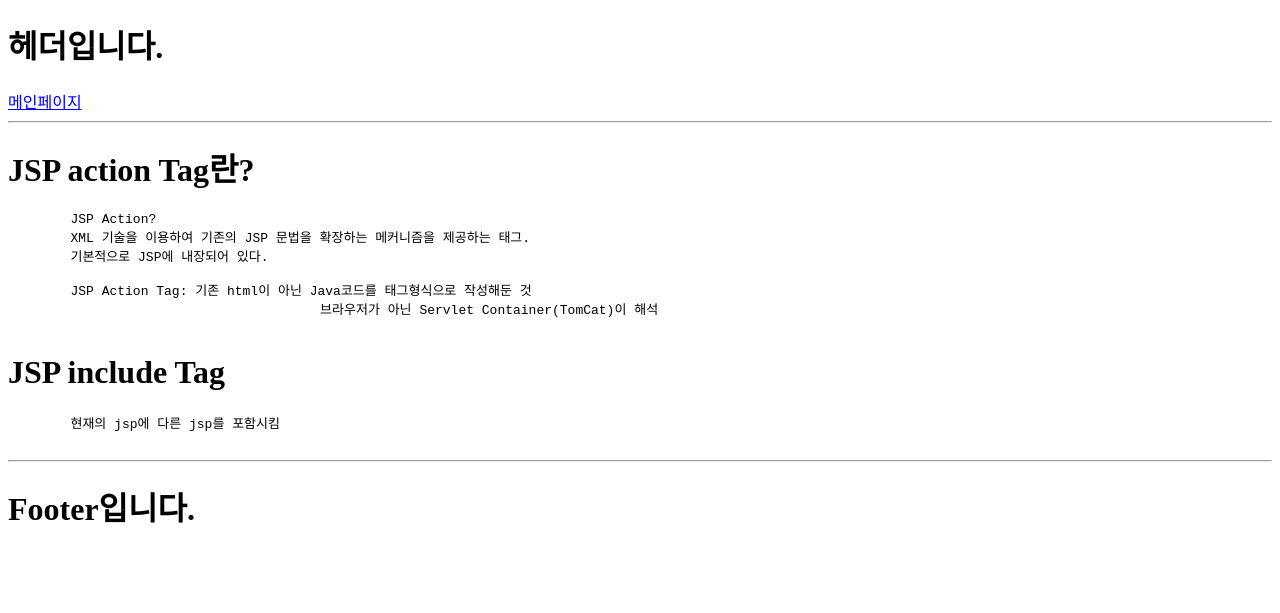
Repository: Seenee-Shin/servlet-jsp
Page: http://localhost/JSPProject/02_action.jsp
An editor plug-in stored every save of this project. The page is shown before and after the next save, followed by the edit.
The browser window is 1280 px wide. The pictures show the whole page.
The page is served by Tomcat 9.

Above is the page before, as saved 2021-11-29 05:12:27.

After the next save:
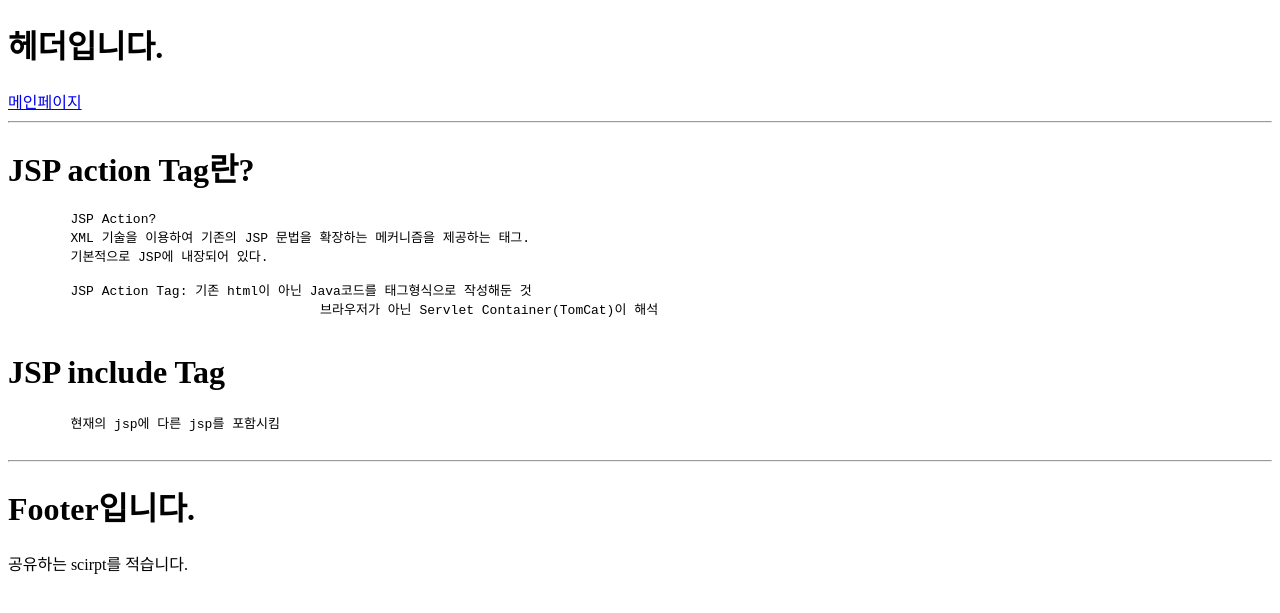
Saved 5 s later.
--- a/JSPProject/src/main/webapp/common/footer.jsp
+++ b/JSPProject/src/main/webapp/common/footer.jsp
@@ -3,4 +3,7 @@
 <hr>
 <footer>
 	<h1>Footer입니다.</h1>
+	공유하는 scirpt를 적습니다.
 </footer>
+
+<script src="https://code.jquery.com/jquery-3.6.0.min.js" integrity="sha256-/xUj+3OJU5yExlq6GSYGSHk7tPXikynS7ogEvDej/m4=" crossorigin="anonymous"></script>
